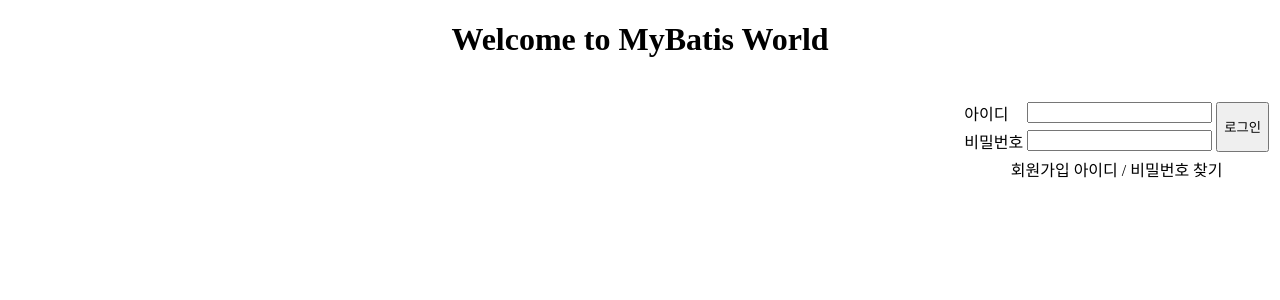
Repository: kimalbab/07_mybatis
Page: http://localhost/mybatisProject/
These files come from the project's save history. The page is drawn as it stood at one moment and after the next save; the edit follows.
The browser window is 1280 px wide. The pictures show the whole page.
The page is served by Tomcat 9. Other server files are loaded and not shown.

Above is the page before, as saved 2022-08-12 05:49:01.

### mybatisProject/src/main/webapp/index.jsp
<%@ page language="java" contentType="text/html; charset=UTF-8"
    pageEncoding="UTF-8"%>
<%@ taglib prefix="c" uri="http://java.sun.com/jsp/jstl/core"  %>
<!DOCTYPE html>
<html>
<head>
<meta charset="UTF-8">
<title>Insert title here</title>
</head>
<body>
	<h1>여기는 index.jsp임</h1>
	<jsp:forward page="WEB-INF/views/main.jsp"/>

</body>
</html>

### mybatisProject/src/main/webapp/WEB-INF/views/main.jsp
<%@ page language="java" contentType="text/html; charset=UTF-8"
    pageEncoding="UTF-8"%>
<%@ taglib prefix="c" uri="http://java.sun.com/jsp/jstl/core"  %>
<!DOCTYPE html>
<html>
<head>
<meta charset="UTF-8">
<title>Insert title here</title>
</head>
<body>
	<jsp:include page="common/menubar.jsp"/>

</body>
</html>

### mybatisProject/src/main/webapp/WEB-INF/views/common/menubar.jsp
<%@ page language="java" contentType="text/html; charset=UTF-8"
    pageEncoding="UTF-8"%>
<%@ taglib prefix="c" uri="http://java.sun.com/jsp/jstl/core"  %>
<!DOCTYPE html>
<html>
<head>
<meta charset="UTF-8">
<title>Insert title here</title>
<style>
	login-area a{
		text-decoration : none;
		color : black;
		font-size:12px;
	}
</style>
</head>
<body>
	<h1 align="center">Welcome to MyBatis World</h1>
	<br>
	<div class="login-area" align="right">

		<c:choose>
			<c:when test="${ empty sessionScope.loginUser }">
			<!-- 로고인 전 -->
				<form action="" method="post">
					<table>
						<tr>
							<td>아이디</td>
							<td><input type="text" name="userId" required></td>
							<td rowspan="2"><button type="submit" style="height:50px;">로그인</button></td>
						</tr>
						<tr>
							<td>비밀번호</td>
							<td><input type="password" name="userPwd" required></td>
						</tr>
						<tr>
							<td colspan="3" align="center">
								<a>회원가입</a>
								<a>아이디 / 비밀번호 찾기</a>
							</td>
						</tr>
					</table>
				</form>
			</c:when>
			<c:otherwise>
			<!-- 로고인 후 -->
				<div>
					<table>
						<tr>
							<td colspan="2">${ loginUser.userName }님 환영합니다.</td>
						</tr>
						<tr>
							<td><a>마이페이지</a></td>
							<td><a>로그아웃</a></td>
						</tr>
					</table>
				</div>
			</c:otherwise>
		</c:choose>

	</div>
</body>
</html>

After the next save:
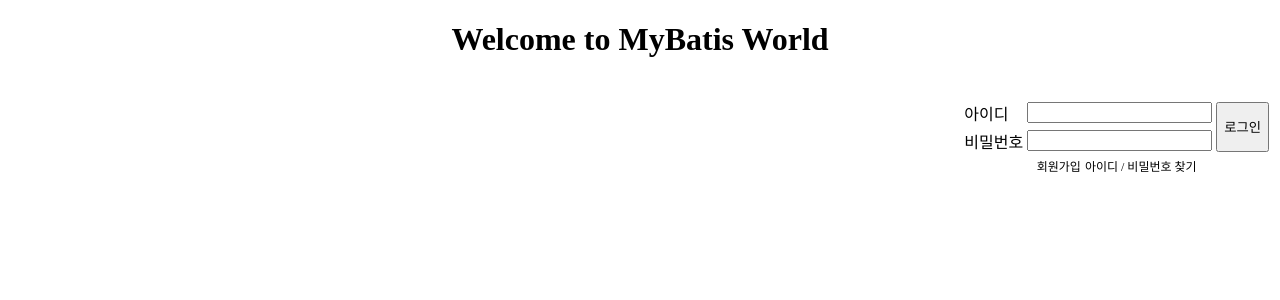
Saved 30 s later.
--- a/mybatisProject/src/main/webapp/WEB-INF/views/common/menubar.jsp
+++ b/mybatisProject/src/main/webapp/WEB-INF/views/common/menubar.jsp
@@ -7,7 +7,7 @@
 <meta charset="UTF-8">
 <title>Insert title here</title>
 <style>
-	login-area a{
+	.login-area a{
 		text-decoration : none;
 		color : black;
 		font-size:12px;
